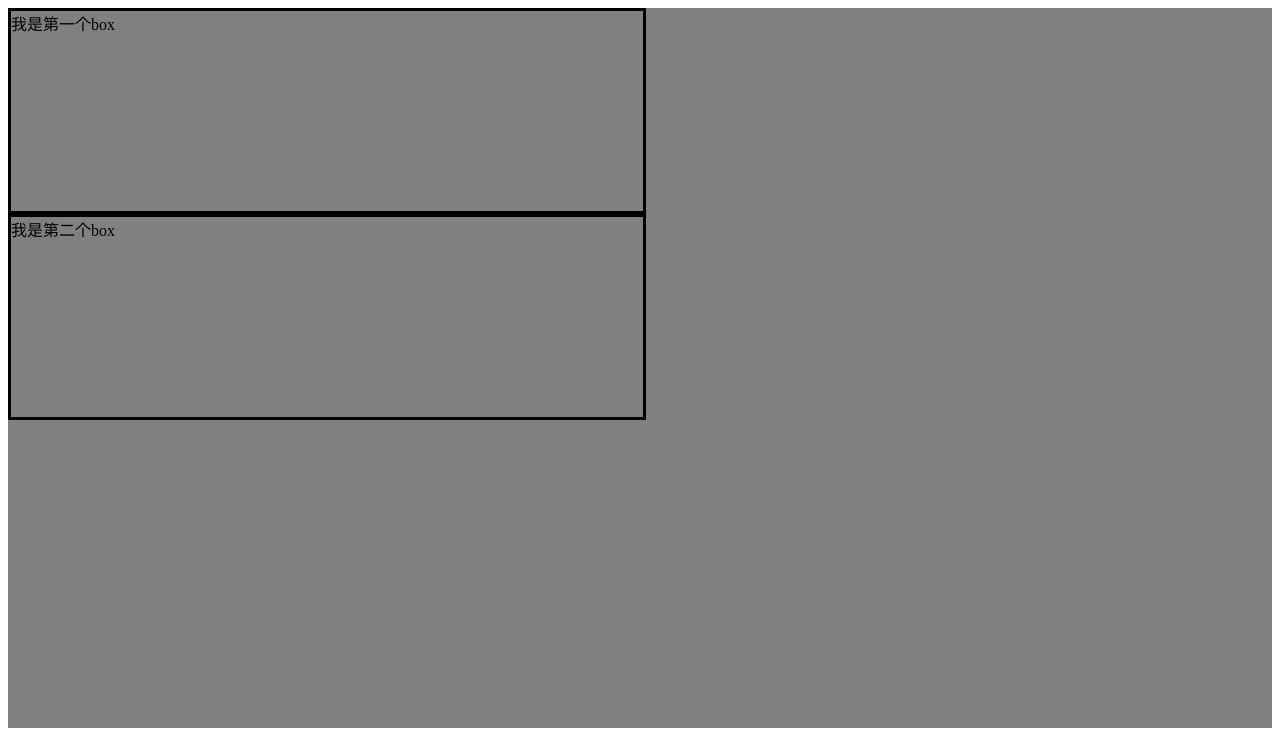
Repository: nanfengovo/CSS
Page: heightandwidth.html
These files come from the project's save history. The page is drawn as it stood at one moment and after the next save; the edit follows.
The browser window is 1280 px wide. The pictures show the whole page.

Above is the page before, as saved 2025-01-01 11:05:36.

### heightandwidth.html
<!DOCTYPE html>
<html lang="en">
<head>
    <meta charset="UTF-8">
    <meta name="viewport" content="width=device-width, initial-scale=1.0">
    <title>height width </title>
    <style>
        .container{
            height: 100vh;
            background-color: gray;
        }
        .box{
            width: 50%;
            height: 200px;
            border: 3px solid #000;
            float: left;
        }
    </style>
</head>
<body>
    <div class="container">
        <div class="box">我是第一个box</div>
        <div class="box">我是第二个box</div>
    </div>
</body>
</html>

After the next save:
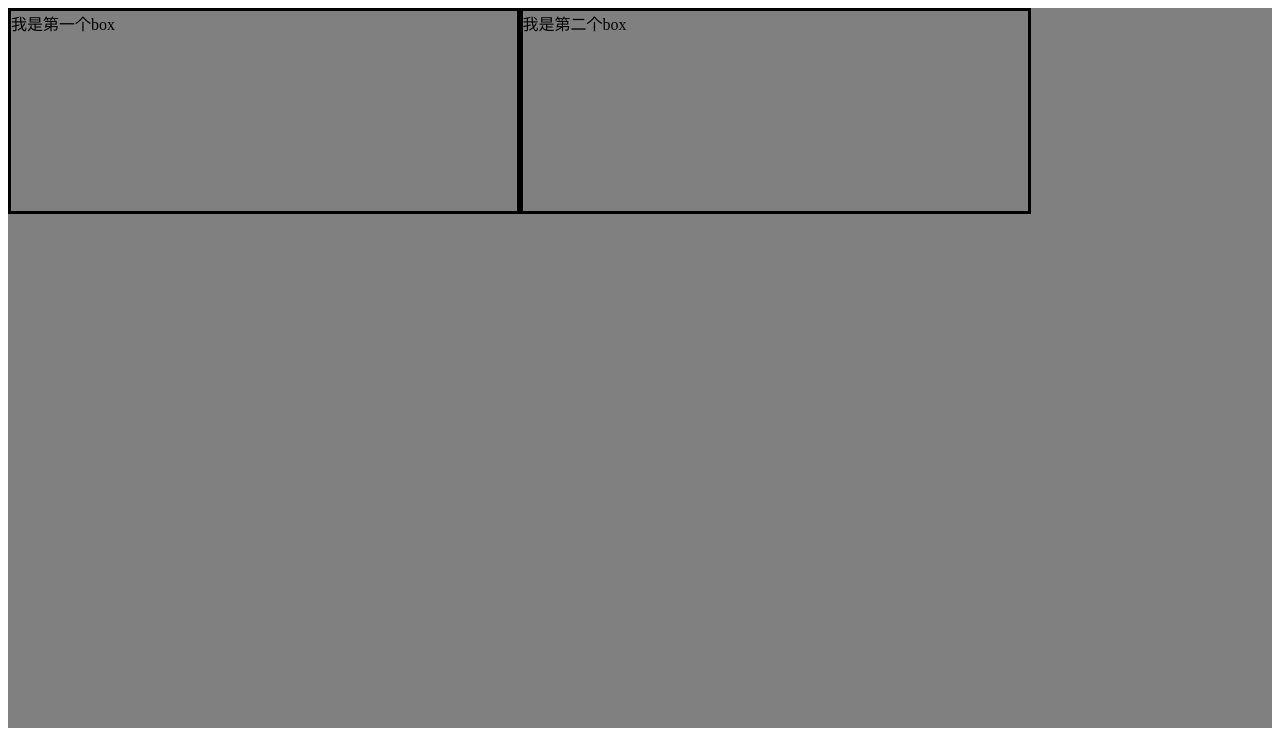
Saved 10 s later.
--- a/heightandwidth.html
+++ b/heightandwidth.html
@@ -10,7 +10,7 @@
             background-color: gray;
         }
         .box{
-            width: 50%;
+            width: 40%;
             height: 200px;
             border: 3px solid #000;
             float: left;
